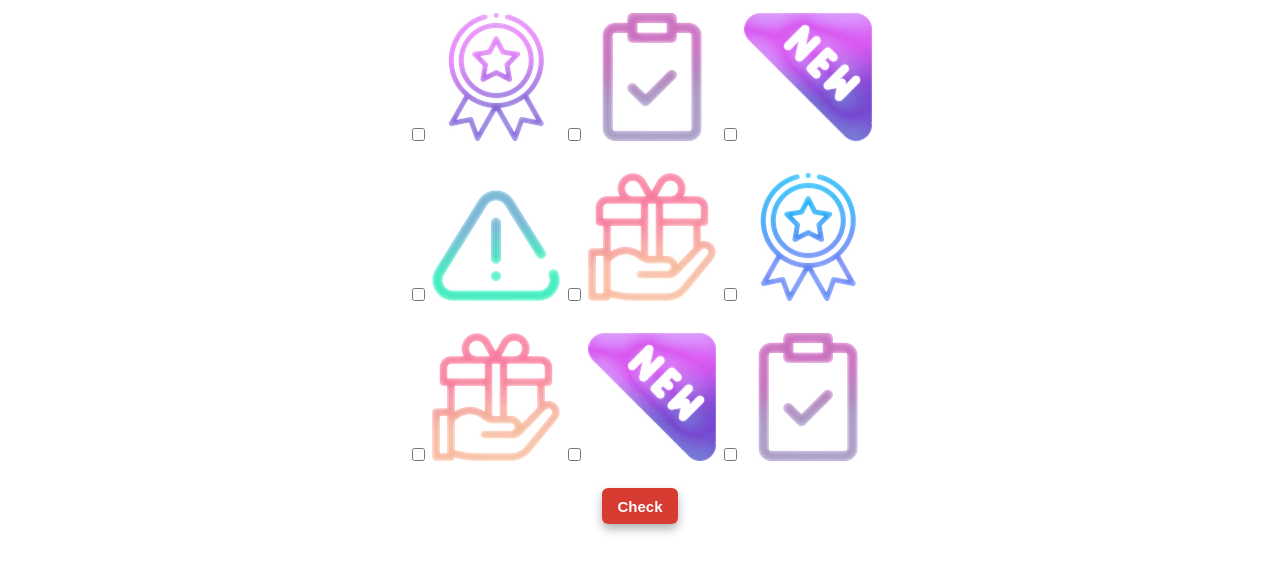
Repository: vichubenzene/-MWin_ui
Page: main.html
The author's editor kept a copy of each file at every save. The page is drawn from the files as they stood at one save, then again after the next save.
The browser window is 1280 px wide. The pictures show the whole page.

Above is the page before, as saved 2022-10-10 11:36:47.

After the next save:
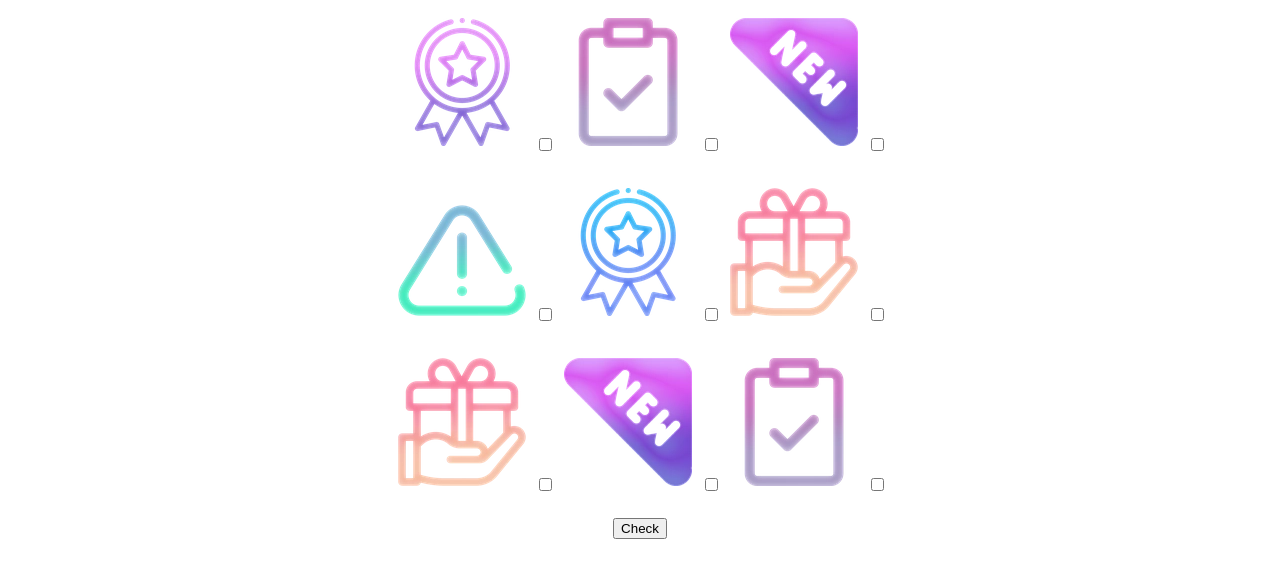
Console error: SyntaxError: Unexpected token '}'
Saved 3 min 40 s later.
--- a/main.html
+++ b/main.html
@@ -17,62 +17,42 @@
             clear: both;
             display: table;
         }
-
-        .invite-button {
-            font-style: arial;
-            background-color: #d5352af6;
-            color: white;
-            border: none;
-            height: 36px;
-            padding-left: 15px;
-            padding-right: 15px;
-            font-weight: bold;
-            font-size: 15px;
-            border-radius: 6px;
-            cursor: pointer;
-            transition: opacity 0.4s;
-            box-shadow: 0px 5px 10px rgba(0, 0, 0, 0.3)
-        }
-
-        .invite-button:hover {
-            box-shadow: 0px 10px 15px rgba(0, 0, 0, 0.35)
-        }
     </style>
 </head>
 
 <body>
     <div class="row" style=" text-align: center">
         <div class="column" style=" text-align: center">
+
+            <img src="images/834538140450160661.png" id="i1" alt="Snow" style="padding: 5px">
             <input type="checkbox" id="myCheckbox1" />
-            <label for="myCheckbox1"><img src="images/834538140450160661.png" /></label>
-            <input type="checkbox" id="myCheckbox1" />
-            <label for="myCheckbox1"><img src="images/834541394987057242.png" /></label>
-            <input type="checkbox" id="myCheckbox1" />
-            <label for="myCheckbox1"><img src="images/834535415628562442 (1).png" /></label>
+            <img src="images/834541394987057242.png" id="i2" alt="Snow" style="padding: 5px">
+            <input type="checkbox" id="myCheckbox2" />
+            <img src="images/834535415628562442 (1).png" id="i3" alt="Snow" style=" padding: 5px">
+            <input type="checkbox" id="myCheckbox3" />
+        </div>
+    </div>
+    <br>
+    <div class="row" style=" text-align: center">
+        <div class="column" style=" text-align: center">
+            <img src="images/834541395074613248.png" id="i4" alt="Snow" style="padding: 5px">
+            <input type="checkbox" id="myCheckbox4" />
+            <img src="images/834541395930251336.png" id="i5" alt="Snow" style="padding: 5px">
+            <input type="checkbox" id="myCheckbox5" />
+            <img src="images/834541395749371916.png" id="i6" alt="Snow" style="padding: 5px">
+            <input type="checkbox" id="myCheckbox6" />
 
         </div>
     </div>
     <br>
     <div class="row" style=" text-align: center">
         <div class="column" style=" text-align: center">
-            <input type="checkbox" id="myCheckbox1" />
-            <label for="myCheckbox1"><img src="images/834541395074613248.png" /></label>
-            <input type="checkbox" id="myCheckbox1" />
-            <label for="myCheckbox1"><img src="images/834541395749371916.png" /></label>
-            <input type="checkbox" id="myCheckbox1" />
-            <label for="myCheckbox1"><img src="images/834541395930251336.png" /></label>
-
-        </div>
-    </div>
-    <br>
-    <div class="row" style=" text-align: center">
-        <div class="column" style=" text-align: center">
-            <input type="checkbox" id="myCheckbox1" />
-            <label for="myCheckbox1"><img src="images/834541395749371916.png" /></label>
-            <input type="checkbox" id="myCheckbox1" />
-            <label for="myCheckbox1"><img src="images/834535415628562442 (1).png" /></label>
-            <input type="checkbox" id="myCheckbox1" />
-            <label for="myCheckbox1"><img src="images/834541394987057242.png" /></label>
+            <img src="images/834541395749371916.png" id="i7" alt="Snow" style="padding: 5px">
+            <input type="checkbox" id="myCheckbox7" />
+            <img src="images/834535415628562442 (1).png" id="i8" alt="Snow" style="padding: 5px">
+            <input type="checkbox" id="myCheckbox8" />
+            <img src="images/834541394987057242.png" id="i9" alt="Snow" style="padding: 5px">
+            <input type="checkbox" id="myCheckbox9" />
         </div>
     </div>
     <br>
@@ -81,6 +61,9 @@
 
     </div>
     <script>
+        async function check() {
+            var i1 =
+        }
     </script>
 </body>
 

After the 5 saves that followed:
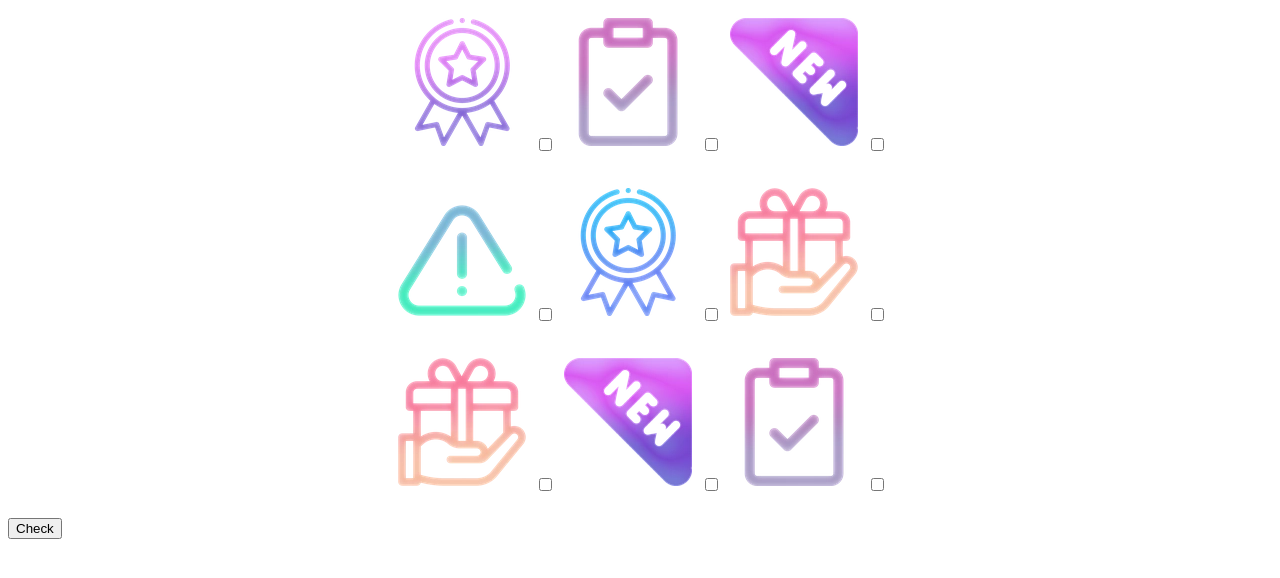
The error is gone.
The 5 saves are shown as one change because 4 left the picture as it was.
The last was saved 8 min 33 s later.
--- a/main.html
+++ b/main.html
@@ -56,13 +56,34 @@
         </div>
     </div>
     <br>
-    <div style=" text-align: center">
+    <div>
         <button class="invite-button" onclick=check()>Check</button>
 
     </div>
     <script>
         async function check() {
-            var i1 =
+            var i1 = document.getElementsByClassName(i1)
+            var i2 = document.getElementsByClassName(i2)
+            var i3 = document.getElementsByClassName(i3)
+            var i4 = document.getElementsByClassName(i4)
+            var i5 = document.getElementsByClassName(i5)
+            var i6 = document.getElementsByClassName(i6)
+            var i7 = document.getElementsByClassName(i7)
+            var i8 = document.getElementsByClassName(i8)
+            var i9 = document.getElementsByClassName(i9)
+            var c1 = document.getElementsByClassName(myCheckbox1)
+            var c2 = document.getElementsByClassName(myCheckbox2)
+            var c3 = document.getElementsByClassName(myCheckbox3)
+            var c4 = document.getElementsByClassName(myCheckbox4)
+            var c5 = document.getElementsByClassName(myCheckbox5)
+            var c6 = document.getElementsByClassName(myCheckbox6)
+            var c7 = document.getElementsByClassName(myCheckbox7)
+            var c8 = document.getElementsByClassName(myCheckbox8)
+            var c9 = document.getElementsByClassName(myCheckbox9)
+            const source1 = ["834535415628562442 (1).png", "834538140450160661.png", "834541394987057242.png", "834541395074613248.png", "834541395749371916.png", "834541395930251336.png"];
+            if (c1.checked == true) {
+                i1.src = `images/834538140450160661.png`;
+            }
         }
     </script>
 </body>
